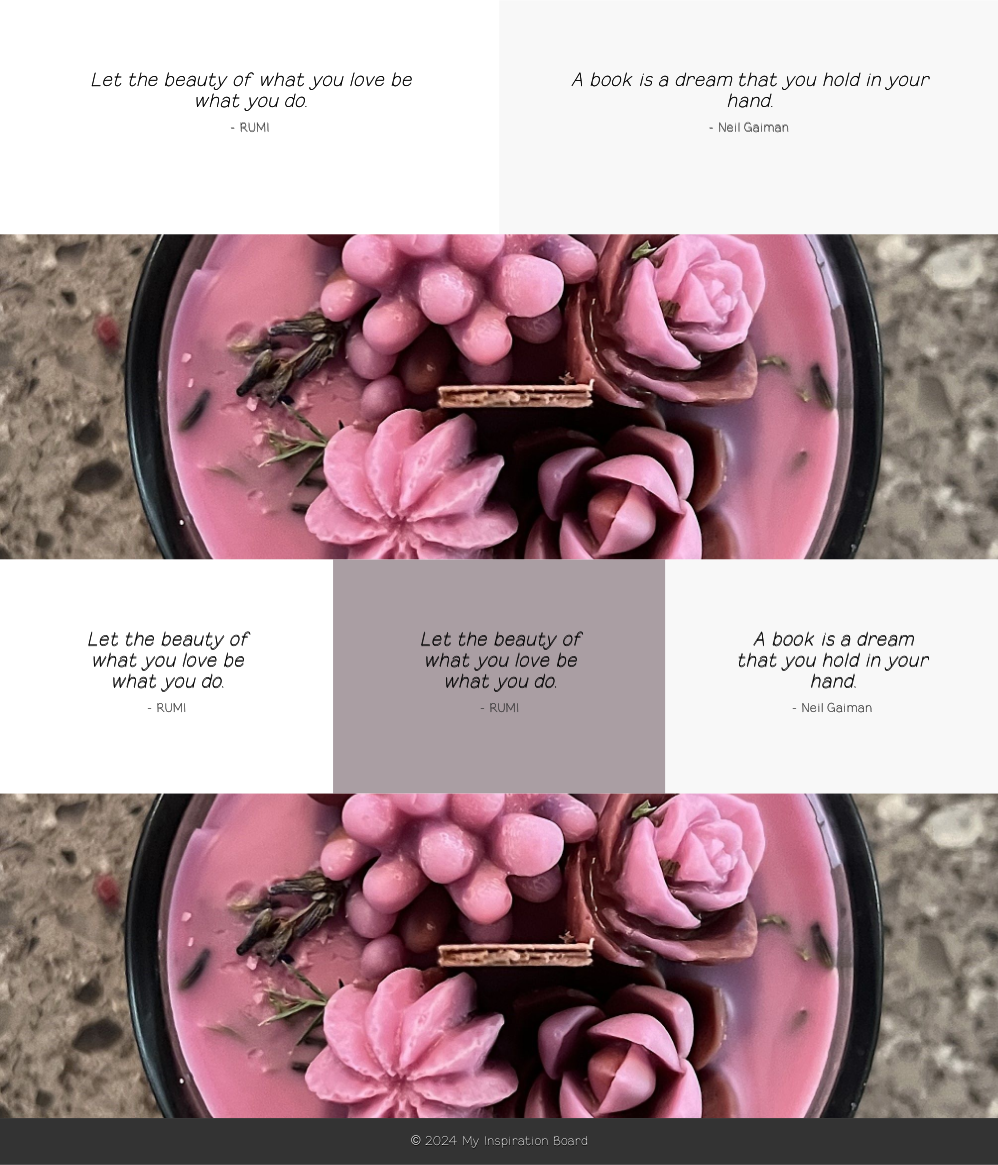
Repository: Brittany-Westlund/MART341-WebDesign
Page: WebDesignHomework/Assignment12/gallery.html
The author's editor kept a copy of each file at every save. The page is drawn from the files as they stood at one save, then again after the next save.
The browser window is 1280 px wide. The pictures show the part of the page from y = 335 to 1828 px (the page is 1828 px tall), at 78% of full size.
Some web fonts or font styles are not loaded; a fallback is used.

Above is the page before, as saved 2024-11-15 20:03:59.

After the next save:
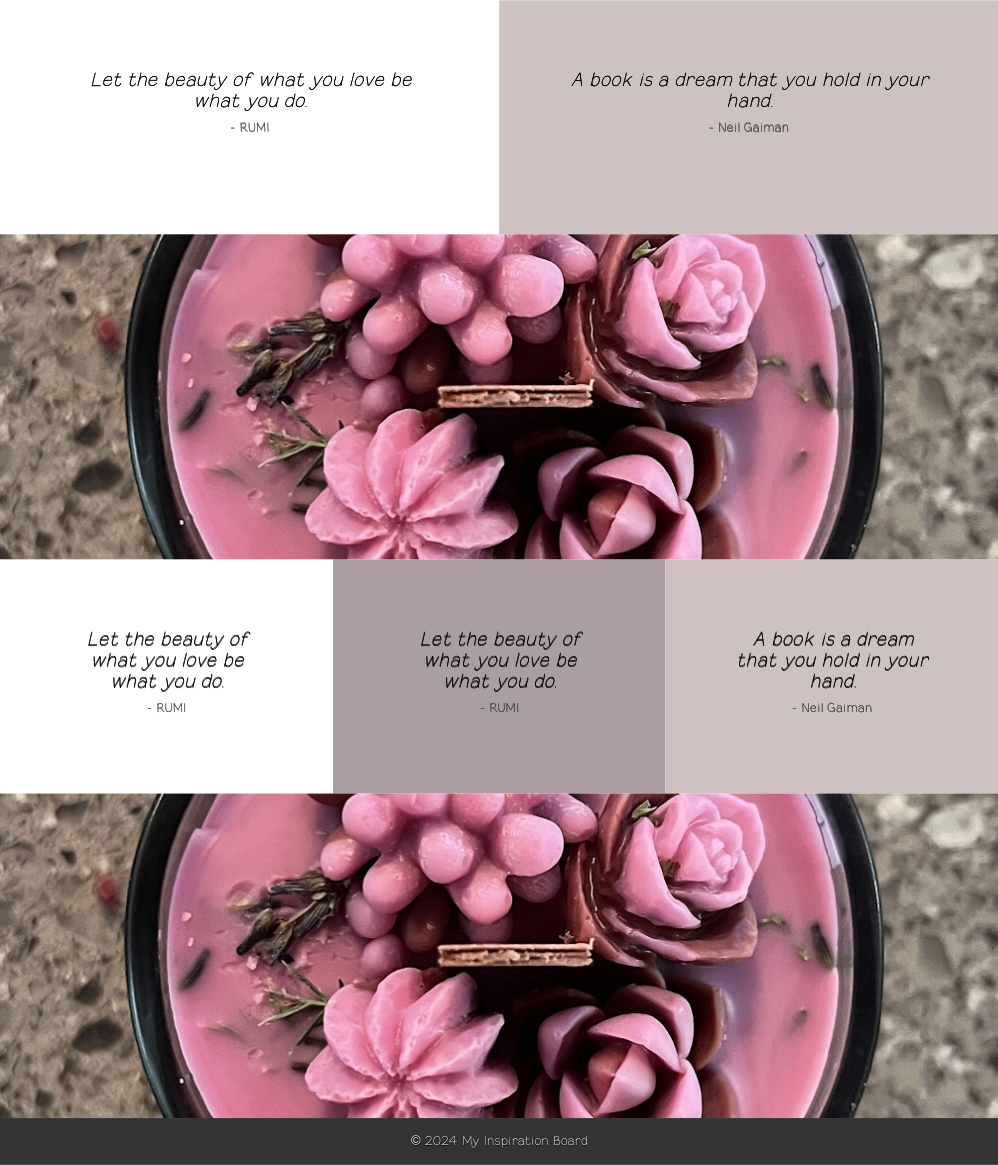
Saved 65 s later.
--- a/WebDesignHomework/Assignment12/style/style.css
+++ b/WebDesignHomework/Assignment12/style/style.css
@@ -116,7 +116,7 @@ h1 {
 }
 
 .right-section {
-    background-color: #f8f8f8;
+    background-color: #cec1c1;
 }
 
 .about-section {
